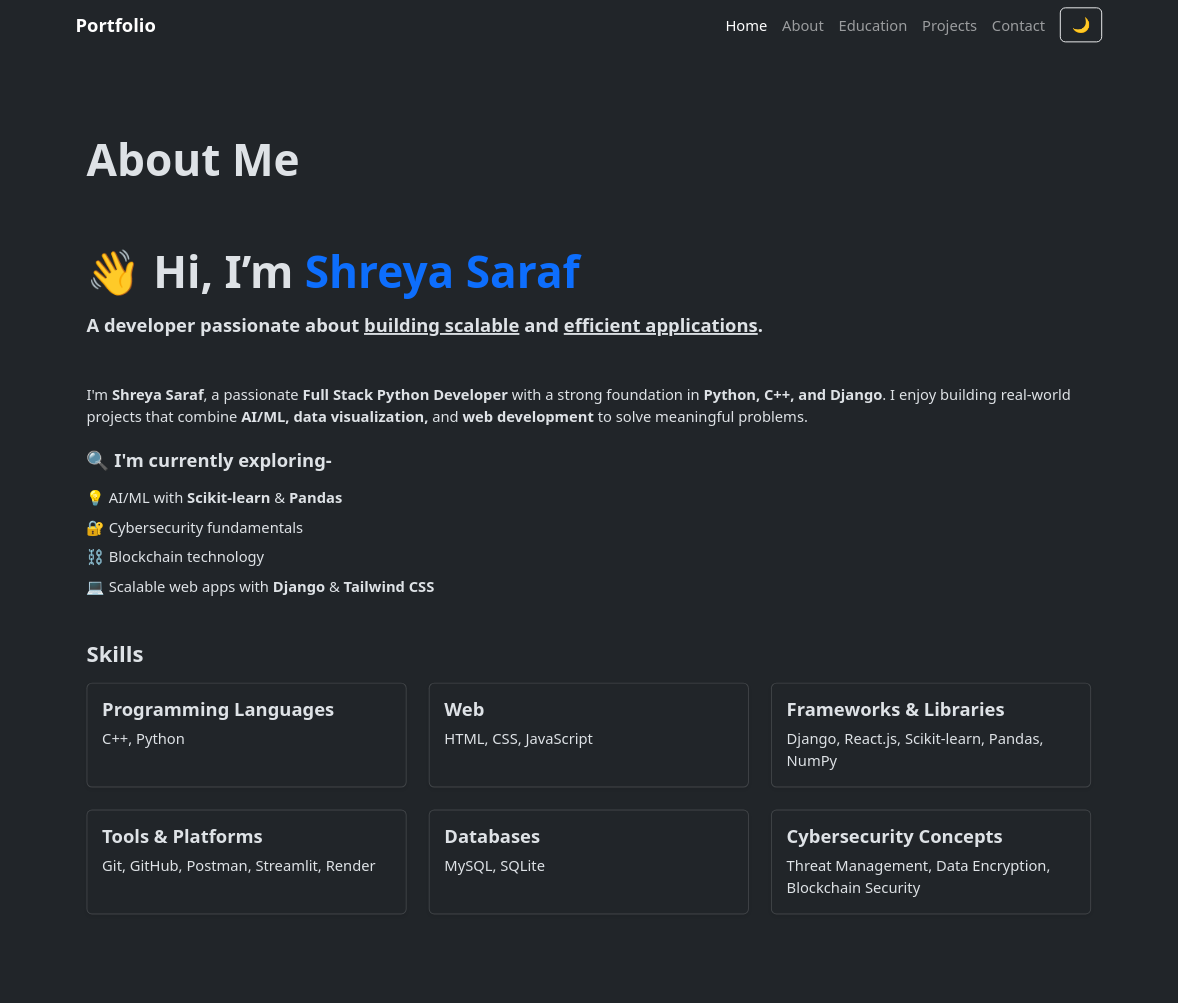
Repository: Shreyasaraf01/shreya-portfolio
Page: http://localhost/about/
These files come from the project's save history. The page is drawn as it stood at one moment and after the next save; the edit follows.
The browser window is 1280 px wide. The pictures show the whole page, at 92% of full size.
The page is served by the project's application, run on Django 5.2 (manage.py). Other server files are loaded and not shown.

Above is the page before, as saved 2025-09-13 22:50:56.

### main/templates/main/about.html
{% extends "base.html" %}
{% block content %}
<div class="container py-5">
<!-- Header -->
<h2 class="display-5 fw-bold mb-3">About Me</h2>
<br>
<br>
<div class="text-center text-md-start mb-5">
  <h2 class="fw-bold display-5">
    👋 Hi, I’m <span class="text-primary">Shreya Saraf</span>
  </h2>
  <p class="lead fw-semibold text-body mt-3" style="font-size: 1.25rem;">
    A developer passionate about <span class="text-decoration-underline">building scalable</span>
    and <span class="text-decoration-underline">efficient applications</span>.
  </p>
</div>


 <!-- Enhanced About Section -->
<div class="mb-5">
  <p class="fs-6 text-body">
    I'm <strong>Shreya Saraf</strong>, a passionate <strong>Full Stack Python Developer</strong>
    with a strong foundation in <span class="fw-bold">Python, C++, and Django</span>.
    I enjoy building real-world projects that combine <strong>AI/ML, data visualization,</strong>
    and <strong>web development</strong> to solve meaningful problems.
  </p>

  <h5 class="fw-bold mt-4">🔍 I'm currently exploring-</h5>
  <ul class="list-unstyled mt-3">
    <li class="mb-2">💡 AI/ML with <strong>Scikit-learn</strong> & <strong>Pandas</strong></li>
    <li class="mb-2">🔐 Cybersecurity fundamentals</li>
    <li class="mb-2">⛓️ Blockchain technology</li>
    <li class="mb-2">💻 Scalable web apps with <strong>Django</strong> & <strong>Tailwind CSS</strong></li>
  </ul>
</div>


  <!-- Skills Section -->
  <h3 class="h4 fw-bold mb-3">Skills</h3>
  <div class="row g-4">
    <!-- Programming Languages -->
    <div class="col-md-4">
      <div class="card shadow-sm h-100">
        <div class="card-body">
          <h5 class="card-title fw-bold">Programming Languages</h5>
          <p class="card-text">C++, Python</p>
        </div>
      </div>
    </div>

    <!-- Web -->
    <div class="col-md-4">
      <div class="card shadow-sm h-100">
        <div class="card-body">
          <h5 class="card-title fw-bold">Web</h5>
          <p class="card-text">HTML, CSS, JavaScript</p>
        </div>
      </div>
    </div>

    <!-- Frameworks & Libraries -->
    <div class="col-md-4">
      <div class="card shadow-sm h-100">
        <div class="card-body">
          <h5 class="card-title fw-bold">Frameworks & Libraries</h5>
          <p class="card-text">Django, React.js, Scikit-learn, Pandas, NumPy</p>
        </div>
      </div>
    </div>

    <!-- Tools & Platforms -->
    <div class="col-md-4">
      <div class="card shadow-sm h-100">
        <div class="card-body">
          <h5 class="card-title fw-bold">Tools & Platforms</h5>
          <p class="card-text">Git, GitHub, Postman, Streamlit, Render</p>
        </div>
      </div>
    </div>

    <!-- Databases -->
    <div class="col-md-4">
      <div class="card shadow-sm h-100">
        <div class="card-body">
          <h5 class="card-title fw-bold">Databases</h5>
          <p class="card-text">MySQL, SQLite</p>
        </div>
      </div>
    </div>

    <!-- Cybersecurity Concepts -->
    <div class="col-md-4">
      <div class="card shadow-sm h-100">
        <div class="card-body">
          <h5 class="card-title fw-bold">Cybersecurity Concepts</h5>
          <p class="card-text">Threat Management, Data Encryption, Blockchain Security</p>
        </div>
      </div>
    </div>
  </div>
</div>
{% endblock %}

### main/templates/base.html
<!DOCTYPE html>
<html lang="en" data-bs-theme="dark">
<head>
  <meta charset="UTF-8">
  <title>Portfolio</title>
  {% load static %}
  <link href="https://cdn.jsdelivr.net/npm/bootstrap@5.3.3/dist/css/bootstrap.min.css" rel="stylesheet">
  <script src="{% static 'js/theme.js' %}" defer></script>
</head>
<body>
  <!-- Navbar -->
  <nav class="navbar navbar-expand-lg navbar-dark bg-dark fixed-top">
    <div class="container">
      <a class="navbar-brand fw-bold" href="/">Portfolio</a>
      <button class="navbar-toggler" type="button" data-bs-toggle="collapse" data-bs-target="#navbarNav" aria-controls="navbarNav" aria-expanded="false" aria-label="Toggle navigation">
        <span class="navbar-toggler-icon"></span>
      </button>
      <div class="collapse navbar-collapse" id="navbarNav">
        <ul class="navbar-nav ms-auto">
          <li class="nav-item"><a class="nav-link active" href="/">Home</a></li>
          <li class="nav-item"><a class="nav-link" href="/about/">About</a></li>
          <li class="nav-item"><a class="nav-link" href="/education/">Education</a></li>
          <li class="nav-item"><a class="nav-link" href="/projects/">Projects</a></li>
          <li class="nav-item"><a class="nav-link" href="/contact/">Contact</a></li>
          <li class="nav-item">
            <button class="btn btn-outline-light ms-2" id="theme-toggle">🌙</button>
          </li>
        </ul>
      </div>
    </div>
  </nav>

  <!-- Main Content Container -->
  <div class="container py-5 mt-5">
    {% block content %}{% endblock %}
  </div>

  <script src="https://cdn.jsdelivr.net/npm/bootstrap@5.3.3/dist/js/bootstrap.bundle.min.js"></script>
</body>
</html>

### main/views.py
from django.shortcuts import render, redirect
from django.core.mail import send_mail
from django.conf import settings

def index(request):
    return render(request, "main/index.html")

def about(request):
    return render(request, "main/about.html")

def education(request):
    return render(request, "main/education.html")

def projects(request):
    return render(request, "main/projects.html")

def contact(request):
    if request.method == "POST":
        name = request.POST.get("name")
        email = request.POST.get("email")
        message = request.POST.get("message")

        send_mail(
            subject=f"Portfolio Contact from {name}",
            message=f"From: {email}\n\n{message}",
            from_email=settings.DEFAULT_FROM_EMAIL,
            recipient_list=[settings.CONTACT_EMAIL],
        )
        return redirect("home")

    return render(request, "main/contact.html")

### shreya_portfolio/urls.py
"""
URL configuration for shreya_portfolio project.

The `urlpatterns` list routes URLs to views. For more information please see:
    https://docs.djangoproject.com/en/5.1/topics/http/urls/
Examples:
Function views
    1. Add an import:  from my_app import views
    2. Add a URL to urlpatterns:  path('', views.home, name='home')
Class-based views
    1. Add an import:  from other_app.views import Home
    2. Add a URL to urlpatterns:  path('', Home.as_view(), name='home')
Including another URLconf
    1. Import the include() function: from django.urls import include, path
    2. Add a URL to urlpatterns:  path('blog/', include('blog.urls'))
"""
from django.contrib import admin
from django.urls import path, include

urlpatterns = [
    path('admin/', admin.site.urls),
    path("", include("main.urls")),
]

### main/urls.py
from django.urls import path
from . import views

urlpatterns = [
    path("", views.index, name="home"),
    path("about/", views.about, name="about"),
    path("education/", views.education, name="education"),
    path("projects/", views.projects, name="projects"),
    path("contact/", views.contact, name="contact"),
]

### main/static/js/theme.js
document.addEventListener("DOMContentLoaded", () => {
  const toggle = document.getElementById("theme-toggle");
  if (!toggle) return;

  toggle.addEventListener("click", () => {
    const html = document.documentElement;
    const current = html.getAttribute("data-bs-theme");
    const next = current === "dark" ? "light" : "dark";
    html.setAttribute("data-bs-theme", next);
    localStorage.setItem("theme", next);
    toggle.textContent = next === "dark" ? "🌙" : "☀️";
  });

  // persist user choice
  const saved = localStorage.getItem("theme");
  if (saved) {
    document.documentElement.setAttribute("data-bs-theme", saved);
    toggle.textContent = saved === "dark" ? "🌙" : "☀️";
  }
});

After the next save:
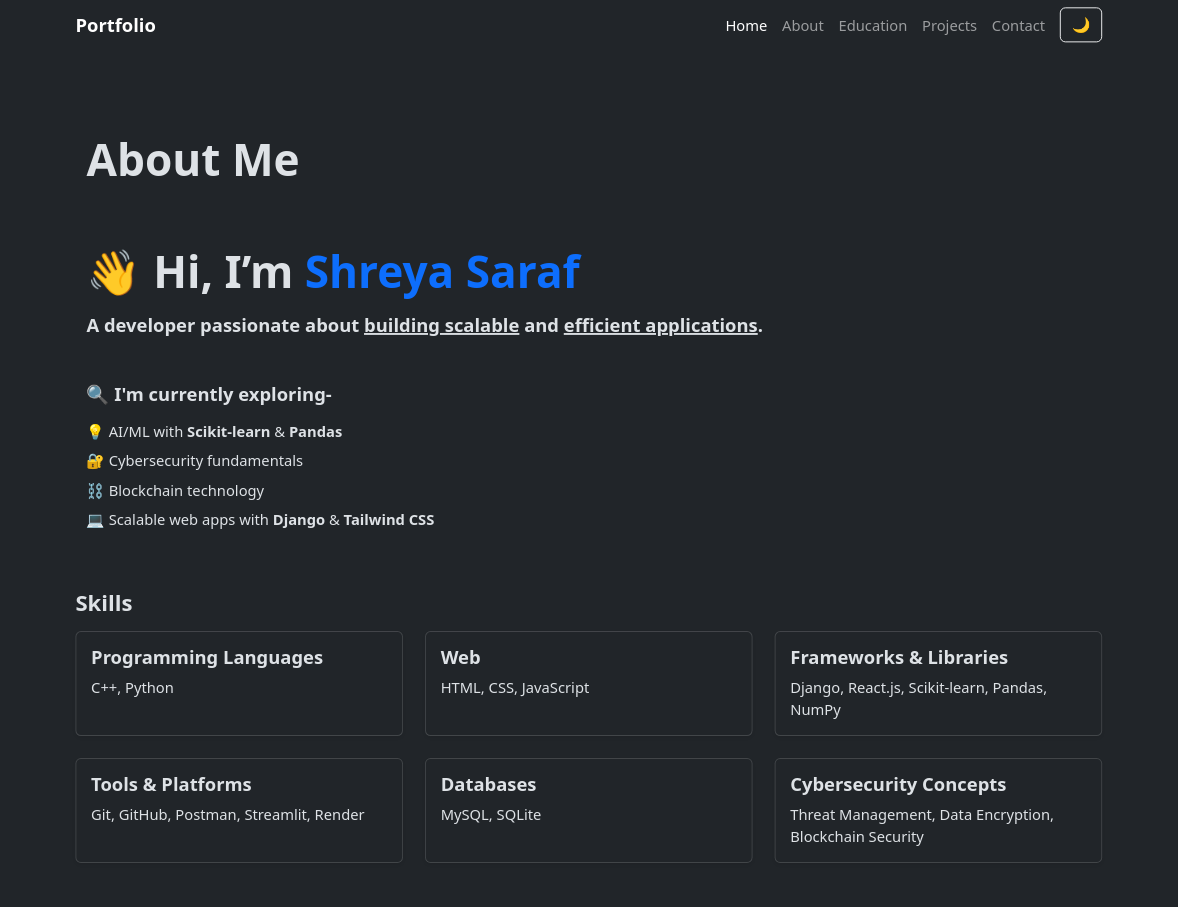
Saved 37 s later.
--- a/main/templates/main/about.html
+++ b/main/templates/main/about.html
@@ -15,15 +15,6 @@
   </p>
 </div>
 
-
- <!-- Enhanced About Section -->
-<div class="mb-5">
-  <p class="fs-6 text-body">
-    I'm <strong>Shreya Saraf</strong>, a passionate <strong>Full Stack Python Developer</strong>
-    with a strong foundation in <span class="fw-bold">Python, C++, and Django</span>.
-    I enjoy building real-world projects that combine <strong>AI/ML, data visualization,</strong>
-    and <strong>web development</strong> to solve meaningful problems.
-  </p>
 
   <h5 class="fw-bold mt-4">🔍 I'm currently exploring-</h5>
   <ul class="list-unstyled mt-3">
